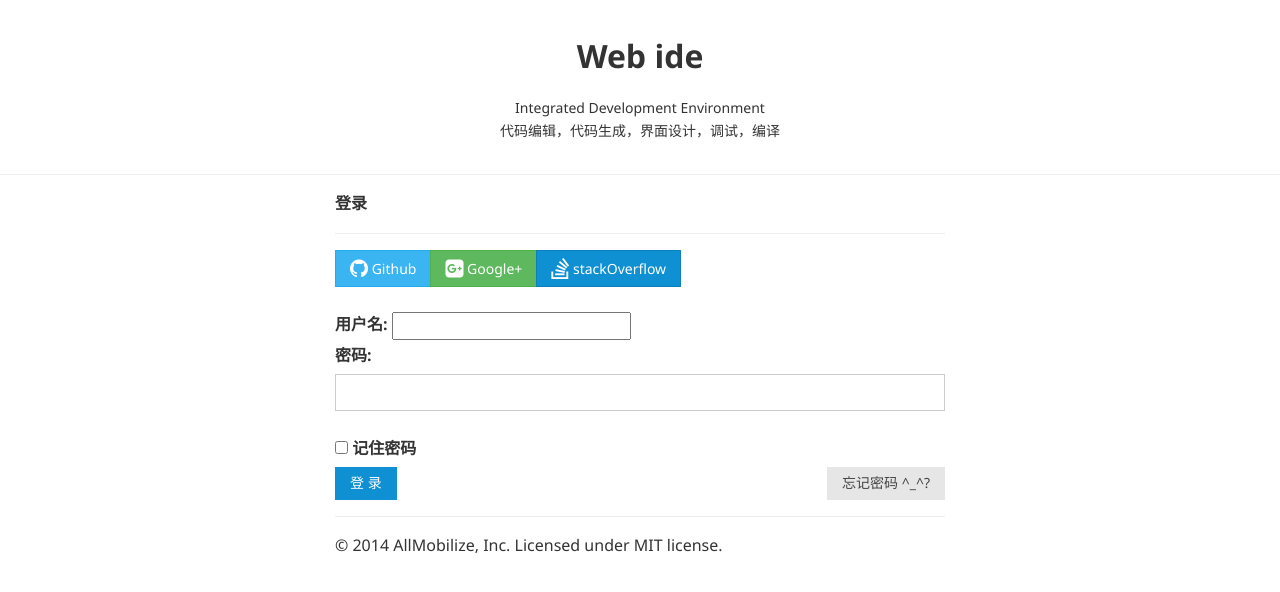
Repository: maorinn/jmao
Page: Project_module/WebContent/login.html
The author's editor kept a copy of each file at every save. The page is drawn from the files as they stood at one save, then again after the next save.
The browser window is 1280 px wide. The pictures show the whole page.

Above is the page before, as saved 2019-05-16 07:15:51.

After the next save:
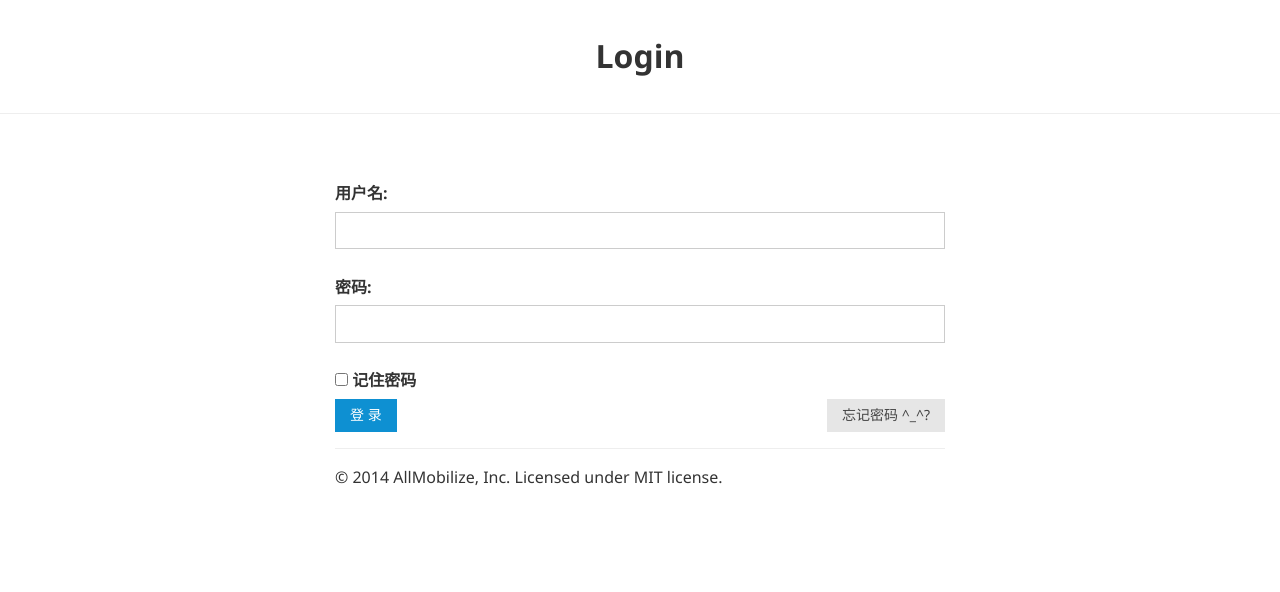
Saved 118 s later.
--- a/Project_module/WebContent/login.html
+++ b/Project_module/WebContent/login.html
@@ -27,26 +27,18 @@
 <body>
 <div class="header">
   <div class="am-g">
-    <h1>Web ide</h1>
-    <p>Integrated Development Environment<br/>代码编辑，代码生成，界面设计，调试，编译</p>
+    <h1>Login</h1>
   </div>
   <hr />
 </div>
 <div class="am-g">
   <div class="am-u-lg-6 am-u-md-8 am-u-sm-centered">
-    <h3>登录</h3>
-    <hr>
-    <div class="am-btn-group">
-      <a href="#" class="am-btn am-btn-secondary am-btn-sm"><i class="am-icon-github am-icon-sm"></i> Github</a>
-      <a href="#" class="am-btn am-btn-success am-btn-sm"><i class="am-icon-google-plus-square am-icon-sm"></i> Google+</a>
-      <a href="#" class="am-btn am-btn-primary am-btn-sm"><i class="am-icon-stack-overflow am-icon-sm"></i> stackOverflow</a>
-    </div>
     <br>
     <br>
 
     <form method="post" class="am-form" action="login">
       <label for="email">用户名:</label>
-      <input name="email"  value="">
+      <input type="text" name="email"  value="">
       <br>
       <label for="password">密码:</label>
       <input type="password" name="password" id="password" value="">
